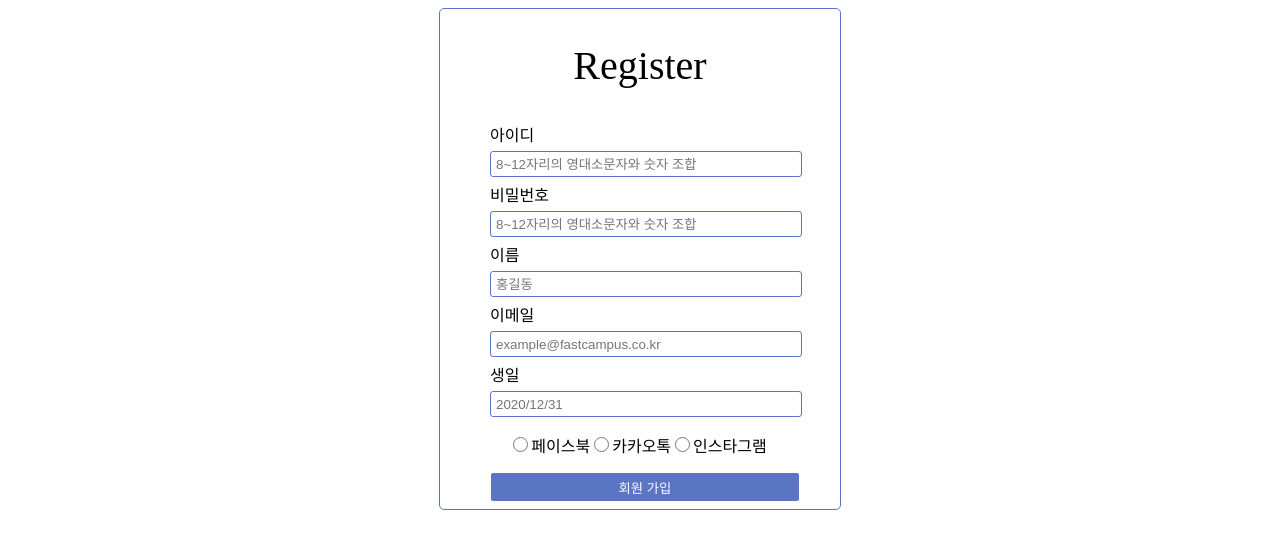
Repository: ksj2001/SpringBasic2024
Page: http://localhost/MVC_join/
These files come from the project's save history. The page is drawn as it stood at one moment and after the next save; the edit follows.
The browser window is 1280 px wide. The pictures show the whole page.
The page is served by Tomcat 9.

Above is the page before, as saved 2024-07-02 15:32:34.

After the next save:
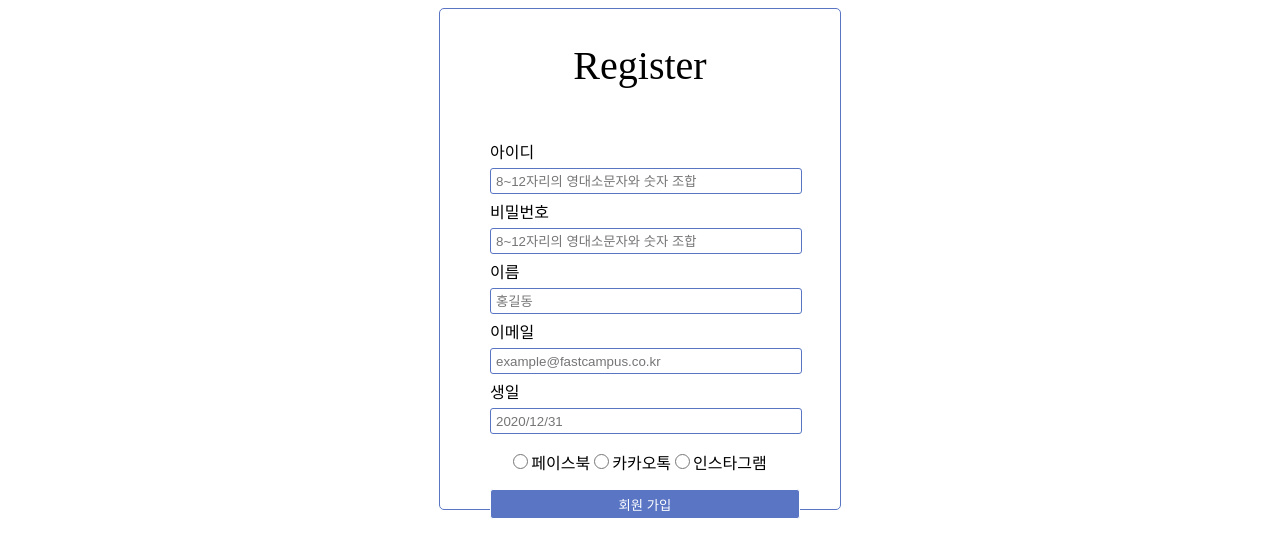
Saved 28 s later.
--- a/MVC_join/src/main/webapp/WEB-INF/views/index.jsp
+++ b/MVC_join/src/main/webapp/WEB-INF/views/index.jsp
@@ -22,6 +22,7 @@
 		font-size: 40px;
 		font-weight: 500;
 		text-align: center;
+		margin-bottom: 50px;
 	}
 	input{
 		width: 100%;
@@ -41,10 +42,6 @@
 		margin-right: 3px;
 	}
 	input[type=submit]{
-		/* width: 100%;
-		height: 20px;
-		margin: 5px 0;
-		padding: 2px 5px; */
 		width:310px;
 		height:30px;
 		border-color: white;
